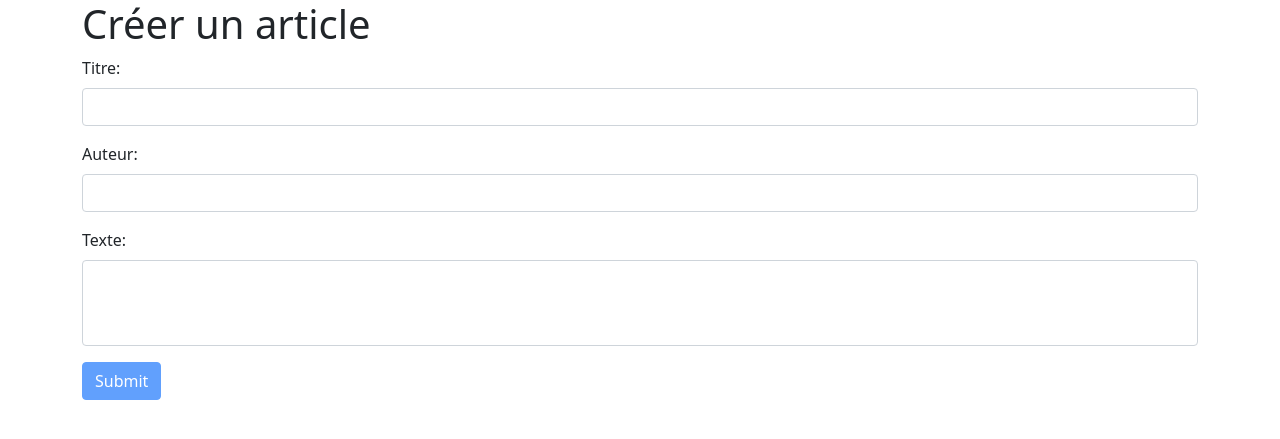
Repository: QuentinFayt/NewsWeb
Page: sources/adminNewsWeb/createArticle.html
The author's editor kept a copy of each file at every save. The page is drawn from the files as they stood at one save, then again after the next save.
The browser window is 1280 px wide. The pictures show the whole page.

Above is the page before, as saved 2021-12-23 11:02:05.

After the next save:
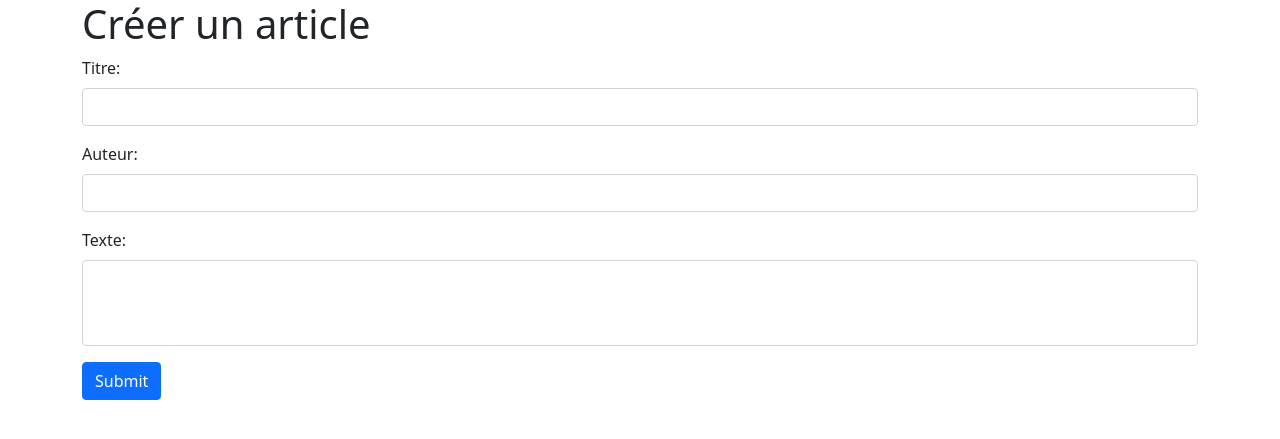
Saved 2 min 13 s later.
--- a/sources/adminNewsWeb/createArticle.html
+++ b/sources/adminNewsWeb/createArticle.html
@@ -26,9 +26,9 @@
             </div>
             <div class="mb-3">
                 <label for="text" class="form-label">Texte:</label>
-                <textarea class="form-control" id="text" rows="3" style="resize: none;"></textarea>
+                <textarea class="form-control" id="text" rows="3" style="resize: none;" required></textarea>
             </div>
-            <button type="submit" class="btn btn-primary" disabled>Submit</button>
+            <button type="submit" class="btn btn-primary">Submit</button>
         </form>
     </main>
     <script src="https://cdn.jsdelivr.net/npm/bootstrap@5.1.3/dist/js/bootstrap.bundle.min.js" integrity="sha384-ka7Sk0Gln4gmtz2MlQnikT1wXgYsOg+OMhuP+IlRH9sENBO0LRn5q+8nbTov4+1p" crossorigin="anonymous"></script>
